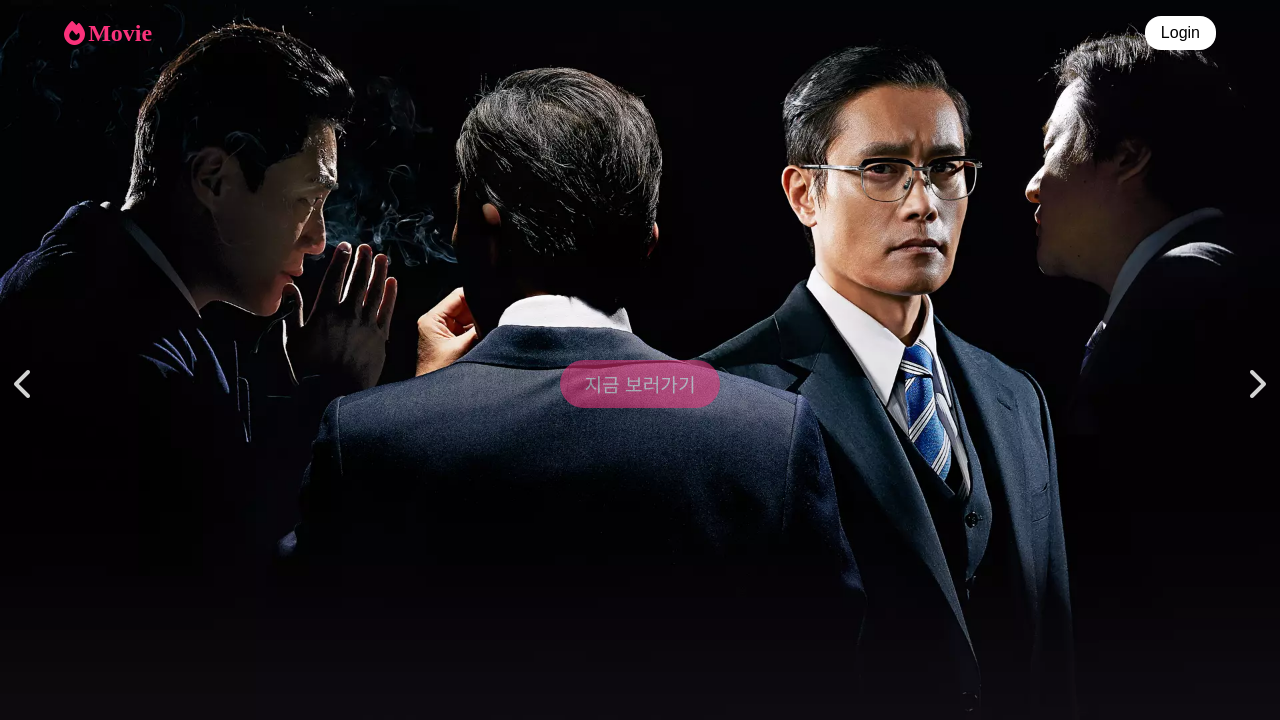
Repository: elice-study/elice_study_vanilla_jinkyu
Page: index.html
An editor plug-in stored every save of this project. The page is shown before and after the next save, followed by the edit.
The browser window is 1280 px wide. The pictures show the whole page.
Some web libraries are served in a nearby version.

Above is the page before, as saved 2023-06-01 19:23:21.

### index.html
<!DOCTYPE html>
<html lang="en">
<head>
    <meta charset="UTF-8">
    <meta http-equiv="X-UA-Compatible" content="IE=edge">
    <meta name="viewport" content="width=device-width, initial-scale=1.0">
    <title>Movie</title>
    <!-- <link rel="icon" href="logo.ico"> -->
    <!-- CSS -->
    <link rel="stylesheet" href="style.css">
    <!-- JS -->
    <script src="main.js" defer></script>
    <!-- Font Awesome -->
    <script src="https://kit.fontawesome.com/83424fe51a.js" crossorigin="anonymous"></script>
</head>
<body>
    <header id="header">
        <div class="logo">
            <i class="fa fa-fire"></i>
            <h1 class="logo__title">Movie</h1>
        </div>
        <div class="user">
            <button class="user__login">Login</button>
        </div>
    </header>
    <section class="banner">
        <div class="slider">
            <div class="slide active"></div>
            <div class="slide"></div>
            <div class="slide"></div>
        </div>
        <div class="banner__btns">
            <button class="btn-Watch">지금 보러가기</button>
            <button class="btn-left">
                <i class="fa fa-chevron-left"></i>
            </button>
            <button class="btn-right">
                <i class="fa fa-chevron-right"></i>
            </button>
        </div>
    </section>
</body>
</html>

### style.css
/* Global setting */
:root{
    --color-accent: #fa327b;
}

*{
    box-sizing: border-box;
    padding: 0;
    margin: 0;
}

button{
    cursor: pointer;
}

body{
    background-color: black;
}

/* Header */
#header{
    z-index: 1;
    position: fixed;
    top: 0;
    left: 0;
    width: 100%;
    display: flex;
    justify-content: space-between;
    align-items: center;
    padding: 1rem 4rem;
    background-color: transparent;
}

#header.dark{
    background-color: black;
}

.logo{
    cursor: pointer;
    display: flex;
    align-items: center;
    color: var(--color-accent);
}

.fa-fire{
    font-size: 1.5rem;
    margin-right: 0.2rem;
}

.logo__title{
    font-size: 1.5rem;
}

.user__login{
    background-color: white;
    font-size: 1rem;
    border-radius: 1rem;
    border: none;
    padding: 0.5rem 1rem;
}
/* Main */
.banner{
    width: 100%;
    height: 100vh;
    position: relative;
}

.slider{
    position: relative;
    width: 100%;
    height: 100%;
    margin-bottom: 5rem;
}

.slide{
    position: absolute;
    width: 100%;
    height: 100%;
    display: none;
}

.slide.active{
    display: block;
}

.slide:nth-child(1){
    background: url(img/poster1.webp) no-repeat center;
    background-size: cover;
}

.slide:nth-child(2){
    background: url(img/poster2.webp) no-repeat center;
    background-size: cover;
}

.slide:nth-child(3){
    background: url(img/poster3.webp) no-repeat center;
    background-size: cover;
}

.btn-Watch{
    z-index: 1;
    position: absolute;
    width: 10rem;
    height: 3rem;
    font-size: 1.2rem;
    background-color: var(--color-accent);
    color: white;
    border-radius: 1.5rem;
    top: 50%;
    left: 50%;
    transform: translateX(-50%);
    border: none;
    opacity: 0.5;
    transition: opacity 150ms ease-out;
}

.btn-Watch:hover{
    opacity: 1;
}

.btn-left{
    z-index: 1;
    position: absolute;
    width: 3rem;
    height: 3rem;
    top: 50%;
    left: 0%;
    border: none;
    background-color: transparent;
}

.btn-right{
    z-index: 1;
    position: absolute;
    width: 3rem;
    height: 3rem;
    top: 50%;
    right: 0%;
    border: none;
    background-color: transparent;
}

.btn-left > i{
    color: lightgray;
    font-size: 2rem;
}

.btn-right > i{
    color: lightgray;
    font-size: 2rem;
}

.btn-left:hover .fa-chevron-left{
    color: white;
}

.btn-right:hover .fa-chevron-right{
    color: white;
}

### main.js
'use strict';

const rightBtn = document.querySelector('.btn-right');
const leftBtn = document.querySelector('.btn-left');

function slide(){
    let currentSlide = document.querySelector('.slide.active');
    let nextSlide = currentSlide.nextElementSibling;
    if(nextSlide === null){
        nextSlide = currentSlide.parentElement.firstElementChild;
    }
    currentSlide.animate({
        opacity: [1,0]
    },{
        duration: 500,
        easing: 'ease',
        iterations: 1,
        fill: 'both',
    });
    currentSlide.classList.remove('active');
    nextSlide.animate({
        opacity:[0,1]
    },{
        duration: 500,
        easing: 'ease',
        iterations: 1,
        fill: 'both',
    });
    nextSlide.classList.add('active');
}

rightBtn.addEventListener('click',slide);

After the next save:
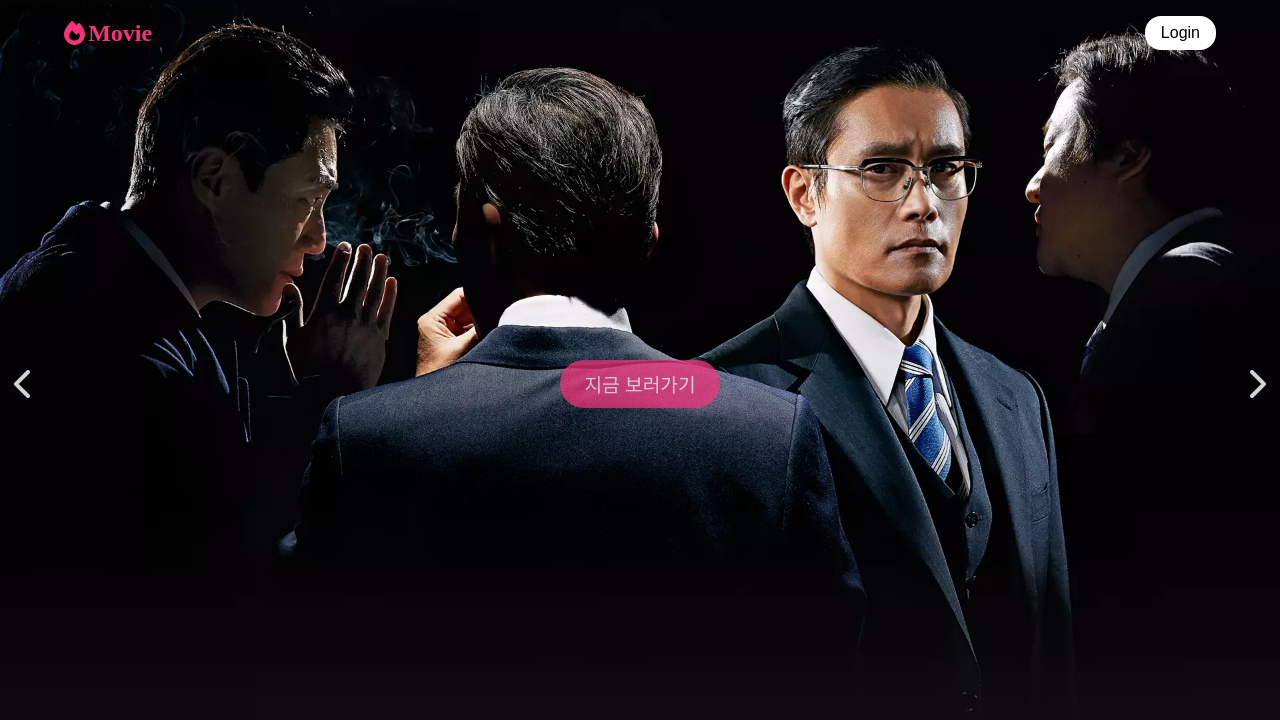
Saved 7 s later.
--- a/style.css
+++ b/style.css
@@ -111,7 +111,7 @@
     left: 50%;
     transform: translateX(-50%);
     border: none;
-    opacity: 0.5;
+    opacity: 0.7;
     transition: opacity 150ms ease-out;
 }
 
